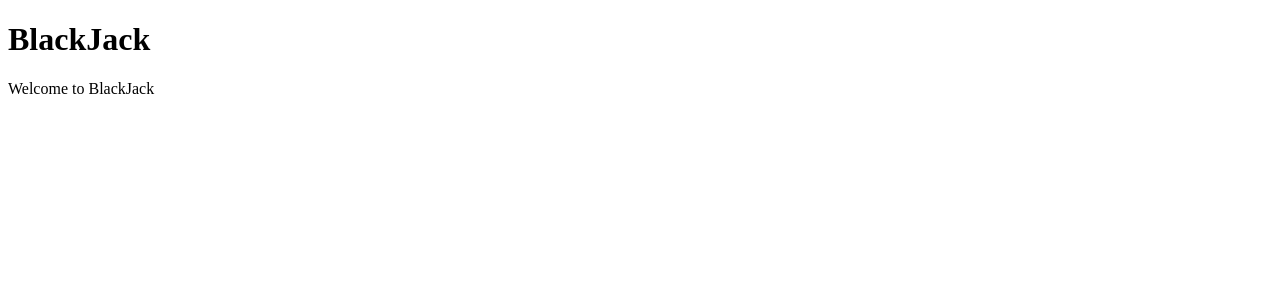
Repository: oldens/blackjack
Page: index.html
An editor plug-in stored every save of this project. The page is shown before and after the next save, followed by the edit.
The browser window is 1280 px wide. The pictures show the whole page.

Above is the page before, as saved 2025-02-01 10:56:42.

After the next save:
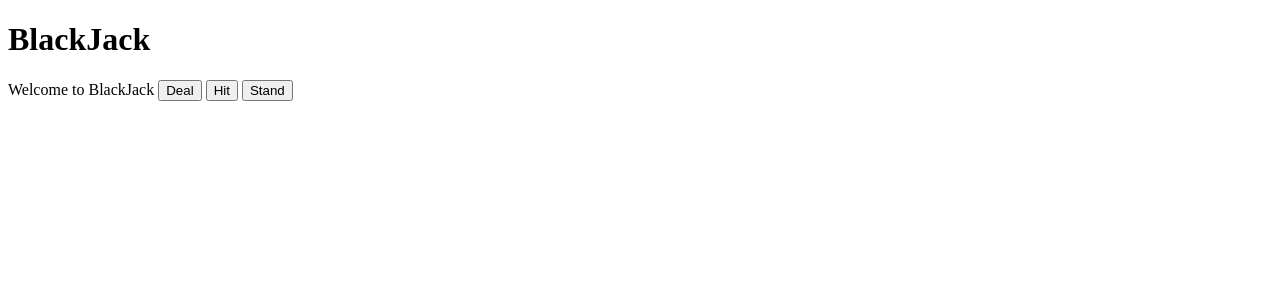
Saved 5 s later.
--- a/index.html
+++ b/index.html
@@ -8,5 +8,8 @@
 <body>
 <h1>BlackJack</h1>
     Welcome to BlackJack
+    <button id="deal">Deal</button>
+    <button id="hit">Hit</button>
+    <button id="stand">Stand</button>
 </body>
 </html>
